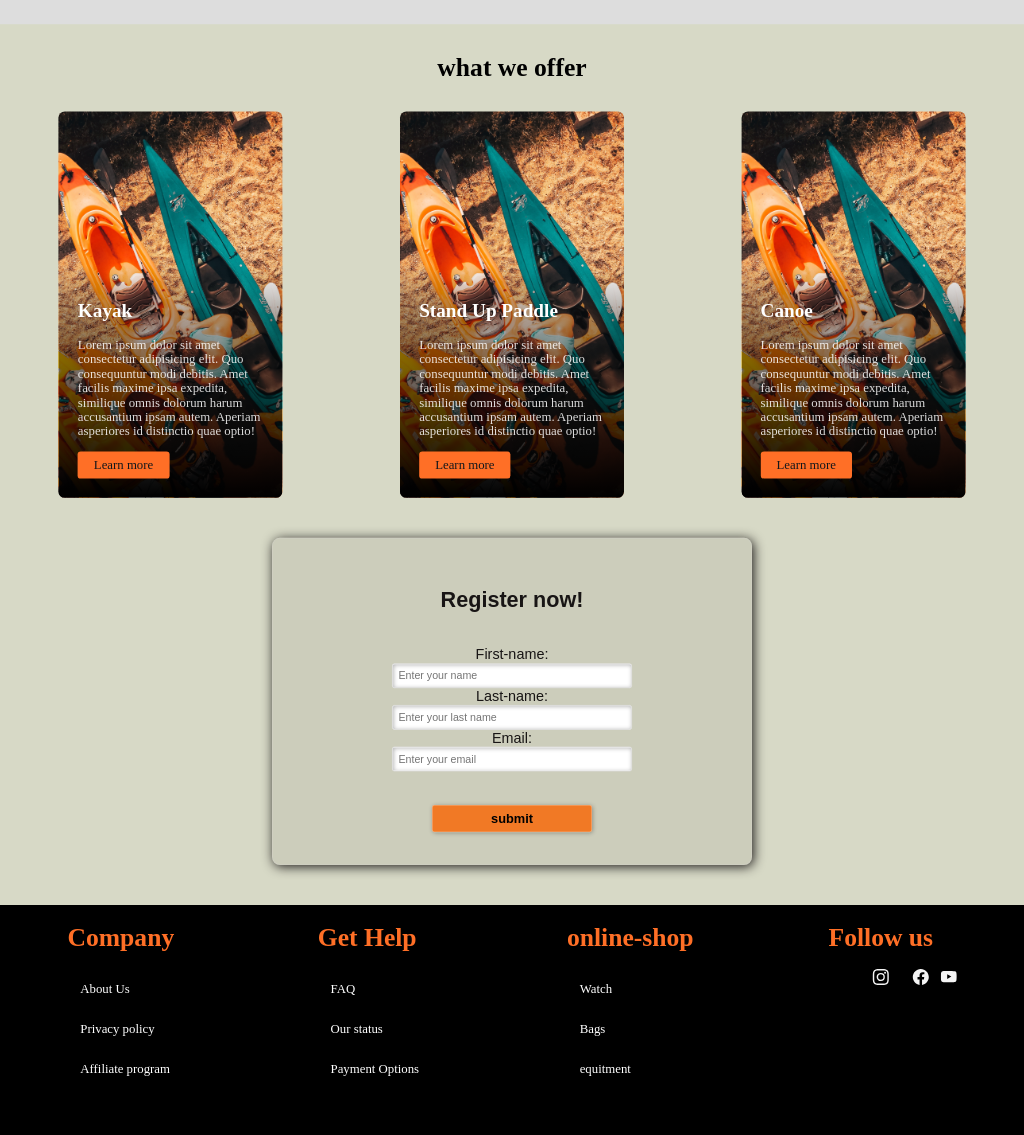
Repository: joseluis2289/Responsive-club-website
Page: index.html
These files come from the project's save history. The page is drawn as it stood at one moment and after the next save; the edit follows.
The browser window is 1280 px wide. The pictures show the part of the page from y = 1304 to 2723 px (the page is 2723 px tall), at 80% of full size.

Above is the page before, as saved 2021-08-25 00:17:11.

### index.html
<!DOCTYPE html>
<html lang="en">
<head>
    <meta charset="UTF-8">
    <meta http-equiv="X-UA-Compatible" content="IE=edge">
    <meta name="viewport" content="width=device-width, initial-scale=1.0">
    <link rel="stylesheet" href="style.css">
    <script src="script.js" defer></script>
    <title>Responsive-Club-website</title>
</head>
<body>

    <nav class="navbar">
        <!-- hamburger toggle -->
        <div class="brand-title">Club-Website</div>
        <a href="#" class="toggle-button">
            <span class="bar"></span>
            <span class="bar"></span>
            <span class="bar"></span>
        </a>

        <div class="nav-links">
            <ul>
                <li><a href="#">Home</a></li>
                <li><a href="#">About</a></li>
                <li><a href="#">Contact</a></li>
            </ul>
        </div>
    </nav>
<div class="banner"></div>

<section class="welcome">
    <h1 class="discover-title">Discover the city of Leipzig</h1>
    <p class="p-discover">Discover the "water city of Leipzig". No matter whether by paddle <strong>or canoe or rowing boat.</strong>The city and its surroundings are among the most beautiful paddling areas in Saxony. Leipzig offers an incomparable combination of urban flair, unique Wilhelminian style architecture Unesco World Heritage Site and natural paradise Leipzig floodplain forest. Overall, the city has almost 300 km of extensive river and canal landscape.</p>

</section>

<!-- about us section -->
<div class="grid-container-about">
    <img class="grid-item-img" src="./Cosmetics Discount Sale Landscape Banner.png" alt="about">
    <div class="grid-item-text"><h1><a class="aboutUs-title" href="#">About us</a></h1><p class="aboutUs-text"> Lorem ipsum dolor sit amet consectetur, adipisicing elit. Recusandae quos praesentium dolore cupiditate neque doloribus ipsum obcaecati repellat quidem eos accusamus culpa repellendus, laudantium amet hic quis minima quibusdam ex. Lorem, ipsum dolor sit amet consectetur adipisicing elit. Illum quos expedita accusamus, eaque accusantium magnam. Hic nobis totam, assumenda nisi debitis architecto dolorem aliquam unde provident numquam quidem fugit dignissimos! Lorem, ipsum dolor sit amet consectetur adipisicing elit. Deserunt, cumque blanditiis odit, tempora itaque nisi enim unde ipsa maxime nihil veniam, veritatis iure maiores dolor quas numquam inventore soluta doloremque.</p></div>
</div>



<h1 class="tittle-what-we-offer">what we offer</h1>
<div class="card-container">
    <div class="card">
        <div class="card-content">
        <h2 class="card-title">Kayak</h2>
        <p class="card-body">Lorem ipsum dolor sit amet consectetur adipisicing elit. Quo consequuntur modi debitis. Amet facilis maxime ipsa expedita, similique omnis dolorum harum accusantium ipsam autem. Aperiam asperiores id distinctio quae optio!</p>
        <a href="#" class="button">Learn more</a>
    </div>
    </div>

    <div class="card">
        <div class="card-content">
        <h2 class="card-title"> Stand Up Paddle</h2>
        <p class="card-body">Lorem ipsum dolor sit amet consectetur adipisicing elit. Quo consequuntur modi debitis. Amet facilis maxime ipsa expedita, similique omnis dolorum harum accusantium ipsam autem. Aperiam asperiores id distinctio quae optio!</p>
        <a href="#" class="button">Learn more</a>
    </div>
    </div>


    <div class="card">
        <div class="card-content">
        <h2 class="card-title">Canoe</h2>
        <p class="card-body">Lorem ipsum dolor sit amet consectetur adipisicing elit. Quo consequuntur modi debitis. Amet facilis maxime ipsa expedita, similique omnis dolorum harum accusantium ipsam autem. Aperiam asperiores id distinctio quae optio!</p>
        <a href="#" class="button">Learn more</a>
    </div>
    </div>

</div>

<section class="register">
    <form id="register" action="#">
        <h2 class="register-title">Register now!</h2>
        <label for="first-name">First-name:</label>
        <br/>
        <input type="text" name="first-name" id='name' placeholder="Enter your name">
        <br/>
        <label for="last-name">Last-name:</label>
        <br/>
        <input type="text" name="last-name" id="name" placeholder="Enter your last name">
        <br/>
        <label for="email">Email:</label>
        <br/>
        <input type="text" name="email" id="name" placeholder="Enter your email">
        <br/>&nbsp;
        <br/> <br/>
    <input type="submit" value="submit" name="submit" id="submit">
    </form>
</section>

<footer class="footer">
    <div class="footer-sections">
        <div class="company">
            <ul>
                <h1 class="company-title">Company</h1>
                <li><a href="#">About Us</a></li>
                <li><a href="#">Privacy policy</a></li>
                <li><a href="#">Affiliate program</a></li>
            </ul>
        </div>
        <div class="get-help">
            <h1 class="help-title">Get Help</h1>
            <ul>
                <li><a href="#">FAQ</a></li>
                <li><a href="#">Our status</a></li>
                <li><a href="#">Payment Options</a></li>
            </ul>
        </div>
        <div class="online-shop">
            <h1 class="shop-title">online-shop</h1>
            <ul >
                <li><a href="#">Watch</a></li>
                <li><a href="#">Bags</a></li>
                <li><a href="#">equitment</a></li>
            </ul>
        </div>
        <div class="follow-us">
            <h1 class="followUs-title">Follow us</h1>
            <ul class="follow-us-list">

              <li><svg xmlns="http://www.w3.org/2000/svg" width="50" height="20" fill="currentColor" class="bi bi-instagram" viewBox="0 0 16 16">
                <path d="M8 0C5.829 0 5.556.01 4.703.048 3.85.088 3.269.222 2.76.42a3.917 3.917 0 0 0-1.417.923A3.927 3.927 0 0 0 .42 2.76C.222 3.268.087 3.85.048 4.7.01 5.555 0 5.827 0 8.001c0 2.172.01 2.444.048 3.297.04.852.174 1.433.372 1.942.205.526.478.972.923 1.417.444.445.89.719 1.416.923.51.198 1.09.333 1.942.372C5.555 15.99 5.827 16 8 16s2.444-.01 3.298-.048c.851-.04 1.434-.174 1.943-.372a3.916 3.916 0 0 0 1.416-.923c.445-.445.718-.891.923-1.417.197-.509.332-1.09.372-1.942C15.99 10.445 16 10.173 16 8s-.01-2.445-.048-3.299c-.04-.851-.175-1.433-.372-1.941a3.926 3.926 0 0 0-.923-1.417A3.911 3.911 0 0 0 13.24.42c-.51-.198-1.092-.333-1.943-.372C10.443.01 10.172 0 7.998 0h.003zm-.717 1.442h.718c2.136 0 2.389.007 3.232.046.78.035 1.204.166 1.486.275.373.145.64.319.92.599.28.28.453.546.598.92.11.281.24.705.275 1.485.039.843.047 1.096.047 3.231s-.008 2.389-.047 3.232c-.035.78-.166 1.203-.275 1.485a2.47 2.47 0 0 1-.599.919c-.28.28-.546.453-.92.598-.28.11-.704.24-1.485.276-.843.038-1.096.047-3.232.047s-2.39-.009-3.233-.047c-.78-.036-1.203-.166-1.485-.276a2.478 2.478 0 0 1-.92-.598 2.48 2.48 0 0 1-.6-.92c-.109-.281-.24-.705-.275-1.485-.038-.843-.046-1.096-.046-3.233 0-2.136.008-2.388.046-3.231.036-.78.166-1.204.276-1.486.145-.373.319-.64.599-.92.28-.28.546-.453.92-.598.282-.11.705-.24 1.485-.276.738-.034 1.024-.044 2.515-.045v.002zm4.988 1.328a.96.96 0 1 0 0 1.92.96.96 0 0 0 0-1.92zm-4.27 1.122a4.109 4.109 0 1 0 0 8.217 4.109 4.109 0 0 0 0-8.217zm0 1.441a2.667 2.667 0 1 1 0 5.334 2.667 2.667 0 0 1 0-5.334z"/>
              </svg></li>
              <li>

                  <svg xmlns="http://www.w3.org/2000/svg" width="50" height="20" fill="currentColor" class="bi bi-facebook" viewBox="0 0 16 16">
                    <path d="M16 8.049c0-4.446-3.582-8.05-8-8.05C3.58 0-.002 3.603-.002 8.05c0 4.017 2.926 7.347 6.75 7.951v-5.625h-2.03V8.05H6.75V6.275c0-2.017 1.195-3.131 3.022-3.131.876 0 1.791.157 1.791.157v1.98h-1.009c-.993 0-1.303.621-1.303 1.258v1.51h2.218l-.354 2.326H9.25V16c3.824-.604 6.75-3.934 6.75-7.951z"/>
                  </svg>
              </li>
              <li>

                  <svg xmlns="http://www.w3.org/2000/svg" width="20" height="20" fill="currentColor" class="bi bi-youtube" viewBox="0 0 16 16">
                    <path d="M8.051 1.999h.089c.822.003 4.987.033 6.11.335a2.01 2.01 0 0 1 1.415 1.42c.101.38.172.883.22 1.402l.01.104.022.26.008.104c.065.914.073 1.77.074 1.957v.075c-.001.194-.01 1.108-.082 2.06l-.008.105-.009.104c-.05.572-.124 1.14-.235 1.558a2.007 2.007 0 0 1-1.415 1.42c-1.16.312-5.569.334-6.18.335h-.142c-.309 0-1.587-.006-2.927-.052l-.17-.006-.087-.004-.171-.007-.171-.007c-1.11-.049-2.167-.128-2.654-.26a2.007 2.007 0 0 1-1.415-1.419c-.111-.417-.185-.986-.235-1.558L.09 9.82l-.008-.104A31.4 31.4 0 0 1 0 7.68v-.123c.002-.215.01-.958.064-1.778l.007-.103.003-.052.008-.104.022-.26.01-.104c.048-.519.119-1.023.22-1.402a2.007 2.007 0 0 1 1.415-1.42c.487-.13 1.544-.21 2.654-.26l.17-.007.172-.006.086-.003.171-.007A99.788 99.788 0 0 1 7.858 2h.193zM6.4 5.209v4.818l4.157-2.408L6.4 5.209z"/>
                  </svg>
              </li>
            </ul>
        </div>
    </div>
</footer>
</body>
</html>

### style.css
:root{
    --clr-neutral-900: hsl(207,19%,9%);
    --crl-neutral-100: hsl(0,0%,100%);
    --crl-accent-400: hsl(142, 90%, 61%);
    --crl-accent-300: hsl(20.18, 100%, 57.45%);

}

*,
*::before,
*::after {
    box-sizing: border-box;
}


*{
    box-sizing: border-box;
}

body{
    margin: 0;
    border: 0;
    background-color:#D7D9C6;
}

.navbar{
    display: flex;
    justify-content: space-between;
    align-items: center;
    background-color: #333;
    color: white;
    font-family: 'Poppins', sans-serif;

}

.brand-title{
    font-size: 1.6rem;
    margin: .5rem;
    text-transform: uppercase;
    letter-spacing: 4px;
    -webkit-box-shadow: 0 10px 6px -6px rgb(80, 73, 73);
    -moz-box-shadow:0 10px 6px -6px rgb(114, 110, 110);
    box-shadow: 0 10px 6px -6px rgb(136, 133, 133);
    border-radius:10px;
}

.nav-links ul {
    margin: 0;
    padding: 0;
    display: flex;
}
.nav-links li {
    list-style: none;
}

.nav-links li a {
    text-decoration: none;
    color: white;
    padding: 1rem;
    display: block;
}
.nav-links li:hover{
    background-color:#555;
}

.toggle-button {
    position: absolute;
    top: .75rem;
    right: 1rem;
    display: none;
    flex-direction: column;
    justify-content: space-between;
    width: 30px;
    height: 22px;
}

.toggle-button .bar {
    height: 3px;
    width: 100%;
    background-color: white;
    border-radius: 10px;
}

.banner{
    background-image: url("/Cosmetics\ Discount\ Sale\ Landscape\ Banner.png");
    background-repeat: no-repeat;
    background-position: cover;
    background-size: 100% 100vh;
    height: 100vh;
}

/* discover the city of Leipzig */
.welcome{
    text-align: center;
    height: 30vh;
    width:auto;
    margin: auto;
    padding: 50px;

}
.p-discover{
    text-align: justify;
    text-justify: inter-word;



}
.discover-title{
    display: block;
    position: relative;
    cursor: pointer;
}
.discover-title::after{
    content:"";
    position: absolute;
    left: 690px;
    background: var(--crl-accent-400);
    display: block;
    border: 0;
    margin: 0.5rem 0;
    width:300px;
    height: 10px;
    transform: scaleX(0.1);
    transition: transform 0.4s ease;

}

.discover-title:hover:after,
.discover-title:active:after{
    transform: scaleX(1);
    transform-origin: left;
    transition: transform 0.5s ease;
}


.grid-container-about{
    background-color: #ddd;
    display: grid;
    grid-template-columns: auto auto;
    padding: 30px;
    column-gap: 40px;

}
.grid-item-img{
    margin: 0 0 0 auto;
    width: 500px;
    height: 40vh;
    border-radius:10px;

}
.aboutUs-text{
    width: 600px;
}

/* about us  */

.aboutUs-title{
color: #000;
text-decoration: none;
border: 0;
margin: 0.5rem 0;
line-height: 1.4;
display: block;
position: relative;
}

.aboutUs-title:after{
    position: absolute;
    content: "";
    background: var(--crl-accent-400);
    display: block;
    left:0;
    bottom:0;
    line-height: 1.4;
    width:100%;
    height: 10px;
    transform: scaleX(0.1);
    transition: transform 0.4s ease;

}

.aboutUs-title:hover:after,
.aboutUs-title:active:after{
    transform: scaleX(1);
    transform-origin: left bottom;
    transition: transform 0.5s ease;
}

.tittle-what-we-offer{
    color: #000;
text-decoration: none;
border: 0;
margin: 2rem 0;
line-height: 1.4;
display: block;
position: relative;
}
.tittle-what-we-offer::after{
    position: absolute;
    content: "";
    background: var(--crl-accent-400);
    display: block;
    left:0;
    bottom:0;
    line-height: 1.4;
    width:100%;
    height: 10px;
    transform: scaleX(0);
    transition: transform 0.4s ease;
}
.tittle-what-we-offer:hover:after,
.tittle-what-we-offer:active:after{
    transform: scaleX(1);
    transform-origin: left bottom;
    transition: transform 0.5s ease;
}

/* what we offer cards */
.tittle-what-we-offer{
    text-align: center;
}

.card-container{
    display: flex;
    justify-content: space-around;
}

.card{
    color: var(--crl-neutral-100);
    background-image: url(./we-offer.jpg);
    background-size: cover;
    padding: 12rem 0 0;
    /* ch is 35 character wide */
    max-width: 35ch;
    border-radius: 0.5rem;
    overflow: hidden;
    transition: transform 500ms ease;

}

.card:hover{
    transform: scale(1.05);
}



.card-content{
    /* this variable only exist within the card content */
    --padding: 1.5rem;
    padding: var(--padding);
    /* here im appying some saturation and opacity of the backgroud card in order to kind of fade it out */
    background: linear-gradient(
        hsl(0 0% 0% / 0),
        hsl(0 0% 0% / 0.3) 20%,
        hsl(0 0% 0% / 1)
    );
}

.card-title{
    position: relative;
    /* max-content it line up the with of the title */
    width: max-content;


}

.card-title::after{
    content:"";
    position: absolute;
    height: 4px;
    /* here I'm moving the green bar to the left in order to animate */
    left: calc(var(--padding) * -1 );
    bottom: 0;
    width: calc(100% + var(--padding));
    background: var(--crl-accent-400);
    /* here I'm animating the green bar from left to right */
    transform-origin: left;
    transform: scaleX(0);
    transition: transform 500ms ease;
}

.card:hover .card-title::after{
    transform: scaleX(1);
}

.card-body{
    color: rgb(255 255 255 / 0.85);
}

.button{
    cursor:pointer;
    display: inline-block;
    padding: 0.5em 1.3em;
    text-decoration: none;
    color: var(--clr-neutral-900);
    background-color: var(--crl-accent-300);
    padding: 0.5em 1.25em;
    border-radius: 0.25em;
}


.button:hover,
.button:focus {
    background-color: var(--crl-neutral-100);
}

/* register */
.register-title{
    text-align: center;
    padding: 20px;
    font-family:'Poppins', sans-serif;
}
#register{

    background-color:rgba(0, 0, 0, 0.05);
    width: 600px;
    font-size: 18px;
    border-radius:10px;
    border:1px solid rgba(214, 210, 210, 0.3);
    box-shadow: 2px 2px 15px;
    color:rgb(24, 21, 21);
    margin: 50px auto;
    text-align: center;
    padding: 20px;
    transition: transform 500ms ease;

}
#register:hover{
    transform: scale(1.05);

    transition: 0.3s;
}
label{
    font-family:'Poppins', sans-serif;
    font-size: 18px;
}
input#name{
    width: 300px;
    border: 1px solid #ddd;
    border-radius: 3px;
    outline: 0;
    padding: 7px;
    background-color: #fff;
    box-shadow: inset 1px 1px 5px
    rgba(0,0,0,0.3);
}


input#submit{
    width: 200px;
    padding: 7px;
    font-size: 16px;
    font-family: sans-serif;
    font-weight: 600;
    border: none;
    border-radius:3px;
    background-color:rgba(250, 100, 0, 0.8);
    color:black;
    cursor:pointer;
    border:1px solid rgba(255, 255, 255, 0.3);
    box-shadow: 1px 1px 5px rgba(0, 0, 0, 0.3);
    margin-bottom: 20px;
}

input#submit:hover,
input#submit:focus {
    background-color: var(--crl-neutral-100);
}


/* footer */
.footer{
    width: 100%;
    height: 40vh;
    background-color:#000;
    color:whitesmoke;
}
.footer-sections{
    display: flex;
    justify-content: space-around;

}
.company-title{
    color:var(--crl-accent-300);
}
.company ul{
    margin: 0;
    padding: 0;
}
.company li{
    list-style: none;
}
.company li a {
    text-decoration: none;
    color: white;
    padding: 1rem;
    display: block;
}
.help-title{
    color:var(--crl-accent-300);
}
.get-help ul{
    margin: 0;
    padding: 0;
}

.get-help li{
    list-style: none;
}
.get-help li a {
    text-decoration: none;
    color: white;
    padding: 1rem;
    display: block;
}

.shop-title{
    color: var(--crl-accent-300);
}

.online-shop ul{
    margin: 0;
    padding: 0;
}
.online-shop li{
    list-style: none;
}

.online-shop li a {
    text-decoration: none;
    color: white;
    padding: 1rem;
    display: block;
}

.followUs-title{
    color:var(--crl-accent-300);
}
.follow-us-list{
    display: flex;

}
.follow-us-list li{
    list-style: none;
}

 @media(min-width: 320px) and (max-width: 600px){

   .toggle-button{
        display: flex;
    }

    .nav-links{
        display: none;
        width: 100%;
    }

    .navbar{
        flex-direction: column;
        align-items: flex-start;
        width: 100%;
    }

    .nav-links ul {
        width: 100%;
        flex-direction: column;

    }
    .nav-links li {
        text-align: center;
    }
    .nav-links li a {
        padding: .5rem 1rem;
    }
    .nav-links.active{
        display: flex;

    }


    .banner{
        background-image: url("/Cosmetics\ Discount\ Sale\ Landscape\ Banner.png");
        background-repeat: no-repeat;
        background-position: cover;
        background-size: 100% 100vh;
        height: 80vh;
        width: 100%;
    }
    .discover-title::after{
        left: 20px;
    }

    .p-discover{
        text-align: justify;
        text-justify: inter-word;
        padding: 20px;

    }
    .grid-container-about{
        margin: 160px 0 0px 0px;
        background-color: #ddd;
        display: grid;
        grid-template-columns: 1fr;

    }
    .grid-item-img{
         width:auto;
         margin: 40px auto 0 0;
    }

    .aboutUs-title{
        padding: 10px;
    }
    .aboutUs-text{
        text-align: justify;
        text-justify: inter-word;
        width: 370px;
        padding: 10px;

    }
    .card-container{
        display: flex;
        flex-direction: column;


    }
    .card{
        margin: 20px auto;
    }


    #register{
        width: 300px;
    }

    input#name{
        width: 200px;
    }
    .footer{
        width: 100%;
        height: 160vh;
        background-color:#000;
        color:var(--clr-neutral-900);
    }
    .footer-sections{
        display: flex;
        flex-direction: column;
        align-items: center;
        justify-content: center;


    }


}



@media (min-width: 601px) and (max-width: 767px){
    .navbar{
        width: 100%;
        flex-direction: row;
        justify-content: space-around;
        align-content: center;
    }
    .banner{
        background-image: url("/Cosmetics\ Discount\ Sale\ Landscape\ Banner.png");
        background-repeat: no-repeat;
        background-position:cover;
        background-size: 100% 100vh;
        height: 100vh;
        width: 100%;
    }

    .discover-title::after{
        left: 260px;
        margin: 0 0 30px;

    }
    .discover-title{
        width: 800px;
        text-align: center;
    }
    .p-discover{
        text-align: justify;
        text-justify: inter-word;
        width: 700px;
        padding: 0.7em 5em;
        margin:20px 0 0 60px;
        font-size: 20px;

    }
    .grid-container-about{
        width: 800px;
        margin: 150px 0;
        background-color: #ddd;
        display: grid;
        grid-template-columns: 1fr;
        padding: 90px;
    }
    .aboutUs-text{
        text-align: justify;
        text-justify: inter-word;
        width: 550px;
    }
    .card-container{
        display: flex;
        flex-direction: column;
    }
   .card{
  font-size: larger;
   margin: 0 0 30px 100px;

   }
   #register{
   font-size: 30px;
   margin:10px auto 25px 70px;

}

input#name{
    width: 300px;

}
label{
    font-family:'Poppins', sans-serif;

}

.footer{
    width: 100%;
    height: 100vh;
    background-color:#000;
    color:var(--clr-neutral-900);
}
.footer-sections{
    display: flex;
    flex-direction: column;
    align-items: center;
    justify-content: center;
}
}

@media (min-width: 768px) and (max-width: 1024px){

    .discover-title::after{
        left: 250px;
        margin: 0 0 30px;

    }
    .discover-title{
        width: 800px;
        text-align: center;
    }
    .p-discover{
        text-align: justify;
        text-justify: inter-word;
        width: 790px;
        padding: 0.7em 5em;
        margin:20px 0 0 10px;
        font-size: 20px;

    }

    .grid-container-about{


        background-color: #ddd;
        display: grid;
        grid-template-columns: 1fr 1fr;

    }
.grid-item-text{
    margin: 0 0 0 30px;
}

.card-container{
    display: flex;

    justify-content: space-between;

}
.card{
    margin: 0 10px 0px 30px;
}
.footer{
    width: 100%;
    height: 100vh;
    background-color:#000;
    color:var(--clr-neutral-900);
}
.footer-sections{
    display: flex;
    flex-direction: row;
    align-items: center;
    justify-content: center;
}

}

### script.js
const toggleButton = document.getElementsByClassName("toggle-button")[0]
const navBarLinks = document.getElementsByClassName("nav-links")[0]

toggleButton.addEventListener("click", () =>{
    // toggle the active class so If the active class does exist it will add it and viceversa
    navBarLinks.classList.toggle("active")
}
)

After the next save:
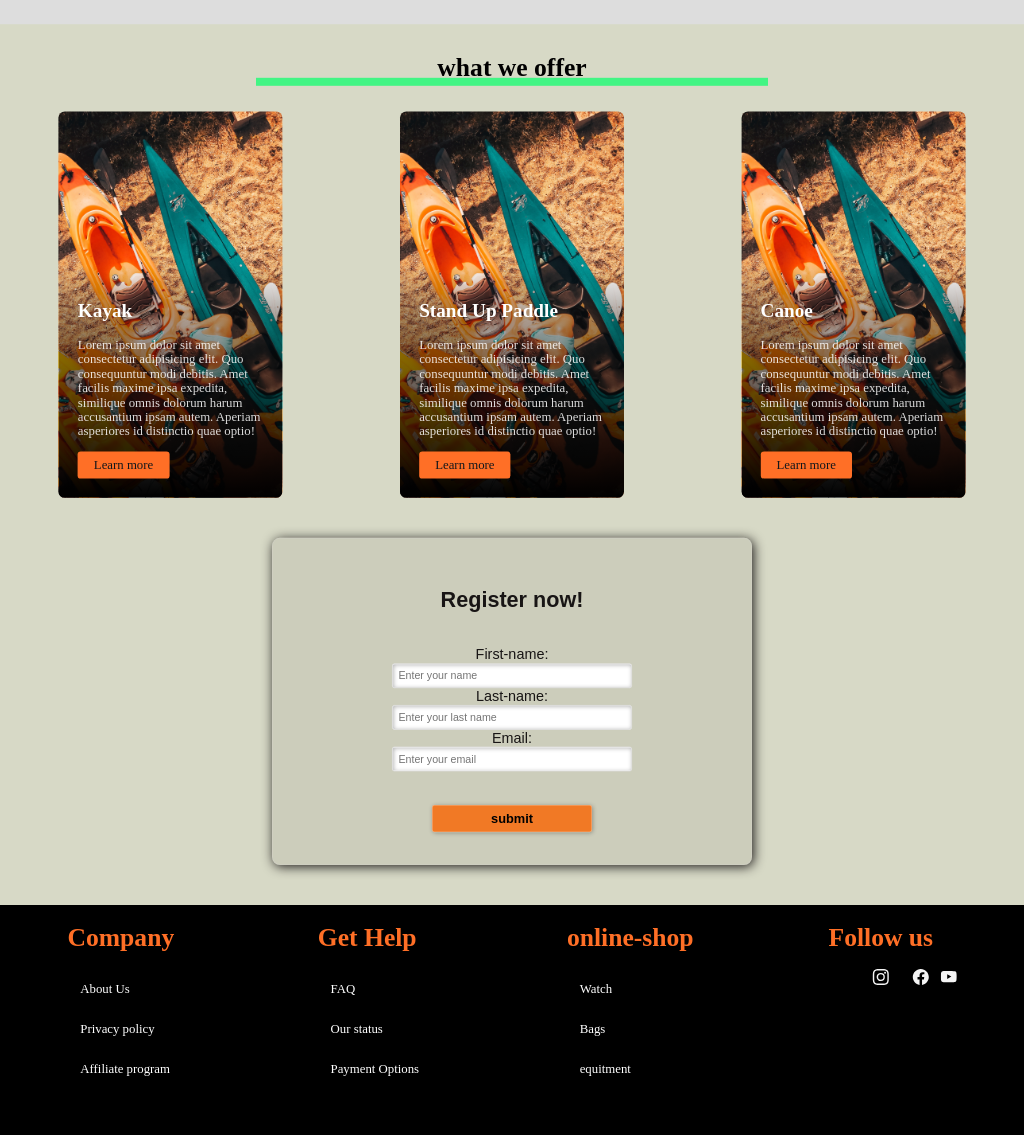
Saved 9 s later.
--- a/style.css
+++ b/style.css
@@ -205,7 +205,7 @@ position: relative;
     line-height: 1.4;
     width:100%;
     height: 10px;
-    transform: scaleX(0);
+    transform: scaleX(0.5);
     transition: transform 0.4s ease;
 }
 .tittle-what-we-offer:hover:after,
